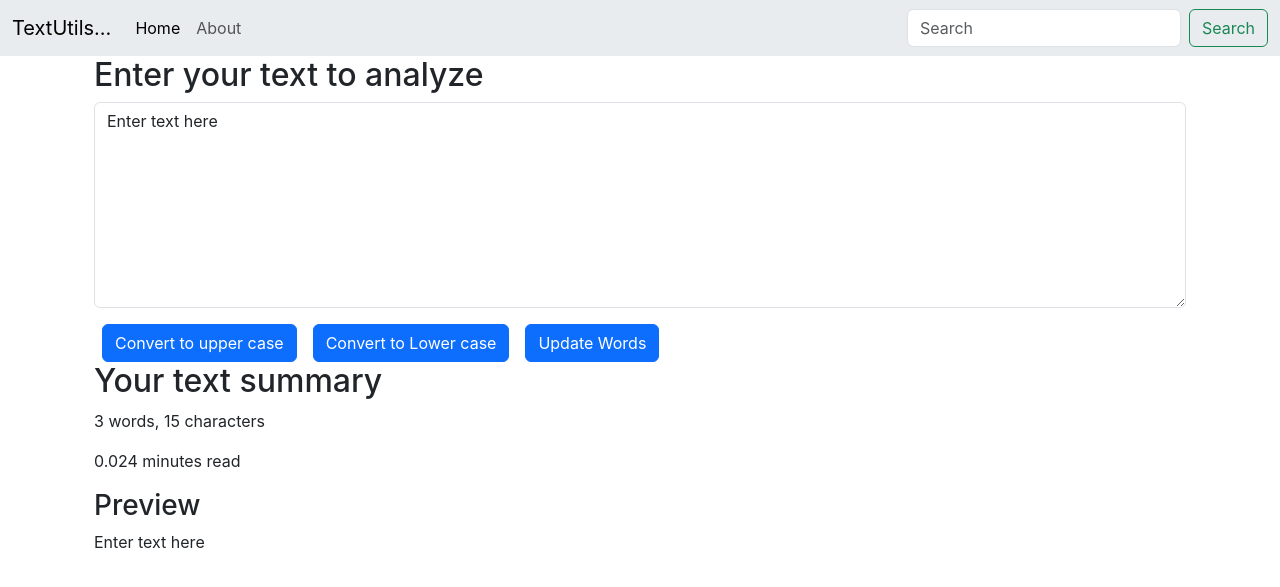
Repository: SujanNagaju/react-demo
Page: /
An editor plug-in stored every save of this project. The page is shown before and after a run of saves, followed by the edit.
The browser window is 1280 px wide. The pictures show the whole page.
The project was rebuilt for these pictures with package versions that can differ from the ones it lists, and the page was loaded fresh each time. Also part of the build but not shown: src/App.css.

Above is the page before, as saved 2024-12-29 14:36:48.

### public/index.html
<!DOCTYPE html>
<html lang="en">
  <head>
    <meta charset="utf-8" />
    <link rel="icon" href="%PUBLIC_URL%/favicon.ico" />
    <meta name="viewport" content="width=device-width, initial-scale=1" />
    <meta name="theme-color" content="#000000" />
    <meta
      name="description"
      content="Web site created using create-react-app"
    />
    <link rel="apple-touch-icon" href="%PUBLIC_URL%/logo192.png" />
    <!--
      manifest.json provides metadata used when your web app is installed on a
      user's mobile device or desktop. See https://developers.google.com/web/fundamentals/web-app-manifest/
    -->
    <link rel="manifest" href="%PUBLIC_URL%/manifest.json" />
    <!--
      Notice the use of %PUBLIC_URL% in the tags above.
      It will be replaced with the URL of the `public` folder during the build.
      Only files inside the `public` folder can be referenced from the HTML.

      Unlike "/favicon.ico" or "favicon.ico", "%PUBLIC_URL%/favicon.ico" will
      work correctly both with client-side routing and a non-root public URL.
      Learn how to configure a non-root public URL by running `npm run build`.
    -->
    <link href="https://cdn.jsdelivr.net/npm/bootstrap@5.3.3/dist/css/bootstrap.min.css" rel="stylesheet" integrity="sha384-QWTKZyjpPEjISv5WaRU9OFeRpok6YctnYmDr5pNlyT2bRjXh0JMhjY6hW+ALEwIH" crossorigin="anonymous">
    <title>React App</title>
  </head>
  <body>
    <noscript>You need to enable JavaScript to run this app.</noscript>
    <div id="root"></div>
    <!--
      This HTML file is a template.
      If you open it directly in the browser, you will see an empty page.

      You can add webfonts, meta tags, or analytics to this file.
      The build step will place the bundled scripts into the <body> tag.

      To begin the development, run `npm start` or `yarn start`.
      To create a production bundle, use `npm run build` or `yarn build`.
    -->
    <script src="https://cdn.jsdelivr.net/npm/bootstrap@5.3.3/dist/js/bootstrap.bundle.min.js" integrity="sha384-YvpcrYf0tY3lHB60NNkmXc5s9fDVZLESaAA55NDzOxhy9GkcIdslK1eN7N6jIeHz" crossorigin="anonymous"></script>

  </body>
</html>

### src/App.js
// logo from './logo.svg';
import './App.css';
import Navbar from './components/Navbar';
import TextForm from './components/TextForm';
function App() {
  return (
    <>

      {/* <Navbar title="TextUtils..." aboutText="About"/> */}
      <Navbar title="TextUtils..."/>
      <div className="container">
        <TextForm heading="Enter your text to analyze"/>
      </div>
    </>
  );
}

export default App;

### src/components/Navbar.js
import React from 'react'
import PropTypes from 'prop-types';


export default function Navbar({title="TextUtils", aboutText="About"}) {
  return (
    <nav className="navbar navbar-expand-lg bg-body-secondary">
        <div className="container-fluid">
            <a className="navbar-brand" href="/">{title}</a>
            <button className="navbar-toggler" type="button" data-bs-toggle="collapse" data-bs-target="#navbarSupportedContent" aria-controls="navbarSupportedContent" aria-expanded="false" aria-label="Toggle navigation">
            <span className="navbar-toggler-icon"></span>
            </button>
            <div className="collapse navbar-collapse" id="navbarSupportedContent">
            <ul className="navbar-nav me-auto mb-2 mb-lg-0">
                <li className="nav-item">
                <a className="nav-link active" aria-current="page" href="/">Home</a>
                </li>
                <li className="nav-item">
                <a className="nav-link" href="/">{aboutText}</a>
                </li>

            </ul>
            <form className="d-flex" role="search">
                <input className="form-control me-2" type="search" placeholder="Search" aria-label="Search"/>
                <button className="btn btn-outline-success" type="submit">Search</button>
            </form>
            </div>
        </div>
    </nav>
  )
}


Navbar.propTypes = {
    title: PropTypes.string.isRequired,
    aboutText: PropTypes.string.isRequired
}

### src/components/TextForm.js
import React, {useState} from 'react';

export default function TextForm(props) {
  const handleUpClick = ()=> {
    // console.log( "Uppercase was clicked" );
    let newText = text.toUpperCase();
    setText( newText );
  }

  const handleLowerClick = ()=> {
    // console.log( "Uppercase was clicked" );
    let newText = text.toLowerCase();
    setText( newText );
  }

  const handleUpdateWordsClick = () => {
    // console.log("Uppercase was clicked");
    let newText = text.replace(/chamatkar/gi, "balatkar");
    setText(newText);
  };

  const handleOnChange = (event)=> {
    // console.log( "handle text change" );
    setText(event.target.value);
  }

  const [text, setText] = useState("Enter text here");
  return (
    <>
      <div className="container">
        <h2>{props.heading}</h2>
          <div className="mb-3">
              <textarea className="form-control" id="textBox" onChange={handleOnChange} value={text} rows="8"></textarea>
          </div>
          <button className="btn btn-primary mx-2" onClick={handleUpClick}>Convert to upper case</button>
          <button className="btn btn-primary mx-2" onClick={handleLowerClick}>Convert to Lower case</button>
          <button className="btn btn-primary mx-2" onClick={handleUpdateWordsClick}>Update Words</button>
      </div>

      <div className="container">
        <h2>Your text summary</h2>
        <p>{text.split(" ").length} words, {text.length} characters</p>
        <p>{0.008 * text.split(" ").length} minutes read</p>
        <h3>Preview</h3>
        <p>{text}</p>
      </div>
    </>
  )
}

Loaded but not shown: src/index.js (common file); src/index.css (common file); src/reportWebVitals.js (common file)

After the next 2 saves:
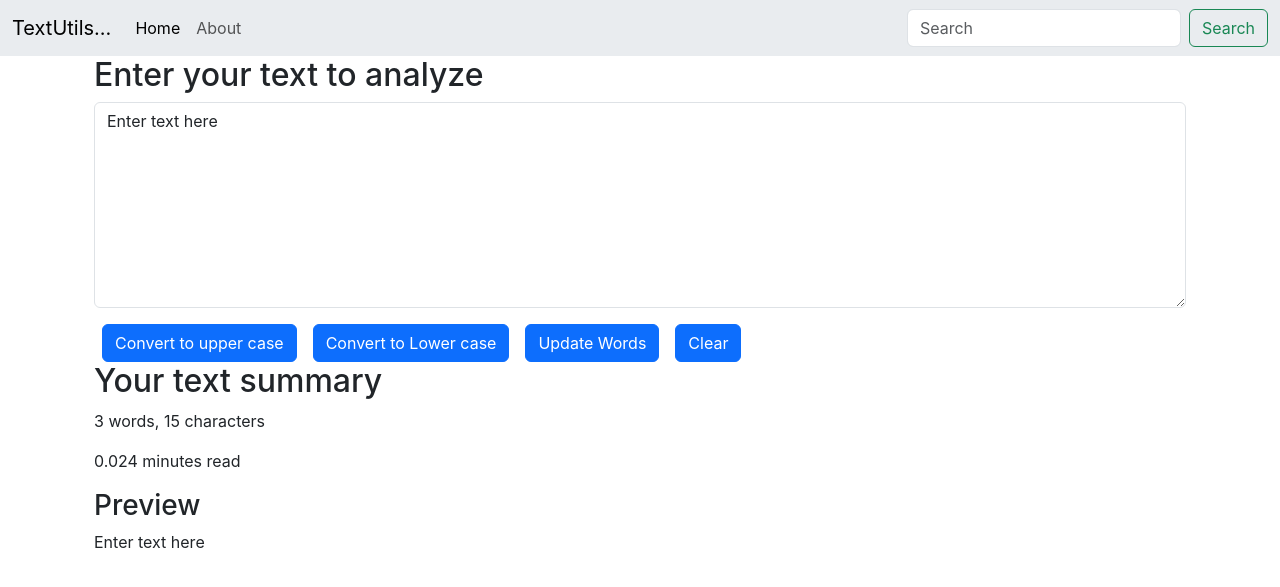
The 2 saves are shown as one change because 1 did not build or start.
The last was saved 64 s later.
--- a/src/components/TextForm.js
+++ b/src/components/TextForm.js
@@ -19,6 +19,12 @@
     setText(newText);
   };
 
+  const handleClearClick = () => {
+    // console.log("Uppercase was clicked");
+    let newText = text.replace(/chamatkar/gi, "balatkar");
+    setText(newText);
+  };
+
   const handleOnChange = (event)=> {
     // console.log( "handle text change" );
     setText(event.target.value);
@@ -35,6 +41,7 @@
           <button className="btn btn-primary mx-2" onClick={handleUpClick}>Convert to upper case</button>
           <button className="btn btn-primary mx-2" onClick={handleLowerClick}>Convert to Lower case</button>
           <button className="btn btn-primary mx-2" onClick={handleUpdateWordsClick}>Update Words</button>
+          <button className="btn btn-primary mx-2" onClick={handleClearClick}>Clear</button>
       </div>
 
       <div className="container">
